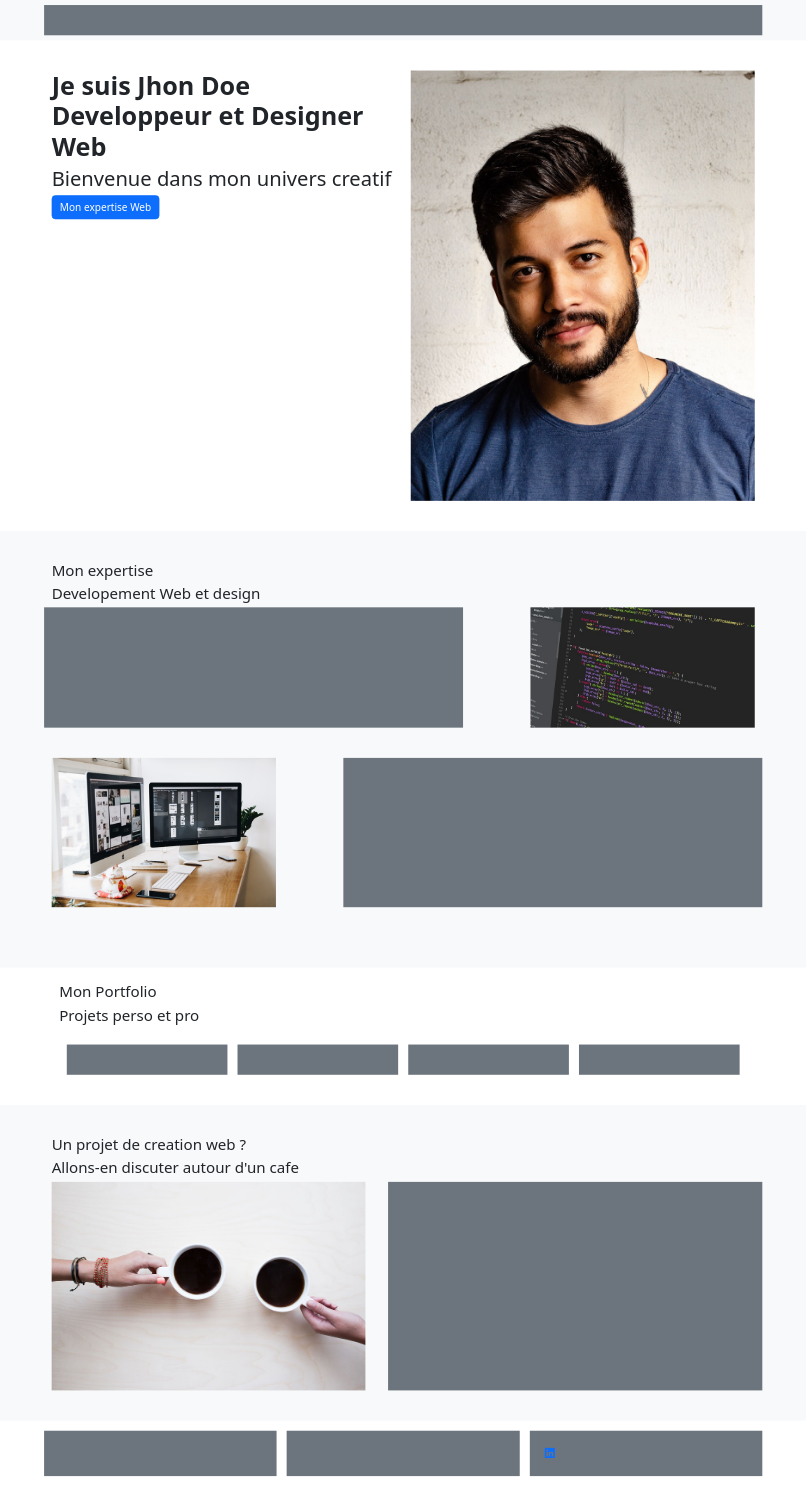
Repository: wadelfadill/Bootstrap_tache_1_portfolio
Page: index.html
The author's editor kept a copy of each file at every save. The page is drawn from the files as they stood at one save, then again after the next save.
The browser window is 1280 px wide. The pictures show the whole page, at 63% of full size.
Some web libraries are served in a nearby version.

Above is the page before, as saved 2023-03-28 11:10:36.

### index.html
<!DOCTYPE html>
<html lang="en">
<head>
    <meta charset="UTF-8">
    <meta http-equiv="X-UA-Compatible" content="IE=edge">
    <meta name="viewport" content="width=device-width, initial-scale=1.0">
    <title>Portfolio_Bootstrap</title>
    <link href="https://cdn.jsdelivr.net/npm/bootstrap@5.3.0-alpha2/dist/css/bootstrap.min.css" rel="stylesheet" integrity="sha384-aFq/bzH65dt+w6FI2ooMVUpc+21e0SRygnTpmBvdBgSdnuTN7QbdgL+OapgHtvPp" crossorigin="anonymous">
    <link rel="stylesheet" href="https://cdn.jsdelivr.net/npm/bootstrap-icons@1.5.0/font/bootstrap-icons.css">
    <link rel="stylesheet" href="style.css">
    <!-- Font Awesome -->
    <script src="https://kit.fontawesome.com/14273d579a.js" crossorigin="anonymous"></script>
</head>
<body>
    <header>
        <nav class="navbar bg-light container-fluid">
            <div class="container bg-secondary py-4">

            </div>
        </nav>
    </header>
    <main>
        <section class="my-5">
            <div class="container">
                <div class="row gy-4 gy-md-0">
                    <div class="col-12 col-md-6">
                        <p class="h1 fw-bold">Je suis Jhon Doe Developpeur et Designer Web</p>
                        <p class="h2 fw-light">Bienvenue dans mon univers creatif</p>
                        <a class="btn btn-primary" href="#expertise" role="button">Mon expertise Web</a>

                    </div>
                    <div class="col-12 col-md-6">
                        <img src="img/portrait.jpg" alt="profile de Jhon Doe" class="w-100">
                    </div>
                </div>
            </div>
        </section>
        <section>
            <div class="container-fluid bg-light py-5 mt-5">
                <div class="container">
                 <p class="h4 .fs-3 .fs-md-2" id="expertise">Mon expertise</p>
                 <p class="h4 .fs-3 .fs-md-2">Developement Web et design</p>
                <div class="row gy-4 gy-md-0">
                    <div class="col-12 col-md-7 bg-secondary p-5">

                    </div>
                    <div class="col-12 col-md-4 offset-md-1">
                        <img src="img/code.jpg" alt="" class="w-100">
                    </div>
                </div>
                <div class="row my-5 gy-4 gy-md-0">
                    <div class="col-12 col-md-4">
                        <img src="img/design.jpg" alt="" class="w-100">
                    </div>
                    <div class="col-12 col-md-7 bg-secondary offset-md-1 p-5">

                    </div>
                </div>
             </div>
            </div>

        </section>
        <section class="container">
            <div class="container my-4">
                <p class="h4 .fs-3 .fs-md-2">Mon Portfolio</p>
                <p class="h4 .fs-3 .fs-md-2">Projets perso et pro</p>
                <div class="row gap-3 p-4">
                    <div class="col bg-secondary py-4"></div>
                    <div class="col bg-secondary py-4"></div>
                    <div class="col bg-secondary py-4"></div>
                    <div class="col bg-secondary py-4"></div>
                </div>
            </div>
        </section>
        <section class="p-5 bg-light">
            <div class="container">
                <p class="h4 .fs-3 .fs-md-2">Un projet de creation web ?</p>
                <p class="h4 .fs-3 .fs-md-2">Allons-en discuter autour d'un cafe</p>
                <div class="row gap-4 gy-4 gy-md-0">
                    <div class="col-12 col-md">
                        <img src="img/grab-a-coffee.jpg" class="w-100" alt="">
                    </div>
                    <div class="col-12 col-md bg-secondary p-5"></div>
                </div>
            </div>
        </section>
    </main>
    <footer>
        <div class="container">
            <div class="row gap-3 py-3">
                <div class="col p-4 bg-secondary"></div>
                <div class="col p-4 bg-secondary"></div>
                <div class="col p-4 bg-secondary">
                    <a href="#" target="_blank">
                    <i class="bi bi-linkedin"></i>
                    </a>
                </div>
            </div>
        </div>
    </footer>


</body>
</html>

Loaded but not shown: style.css (no stored copy; drawn as an empty file)

After the next save:
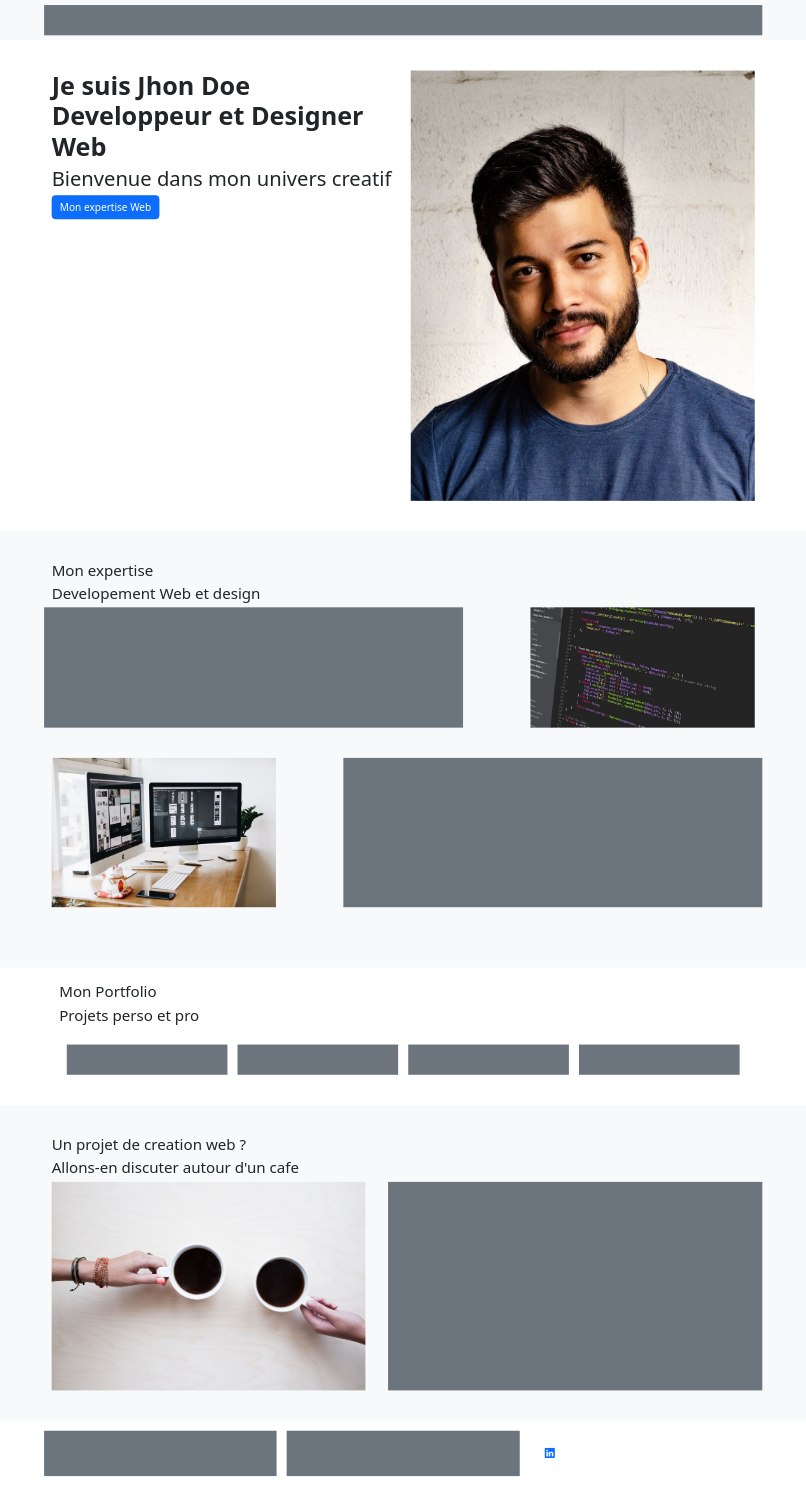
Saved 29 s later.
--- a/index.html
+++ b/index.html
@@ -90,7 +90,7 @@
             <div class="row gap-3 py-3">
                 <div class="col p-4 bg-secondary"></div>
                 <div class="col p-4 bg-secondary"></div>
-                <div class="col p-4 bg-secondary">
+                <div class="col p-4">
                     <a href="#" target="_blank">
                     <i class="bi bi-linkedin"></i>
                     </a>
